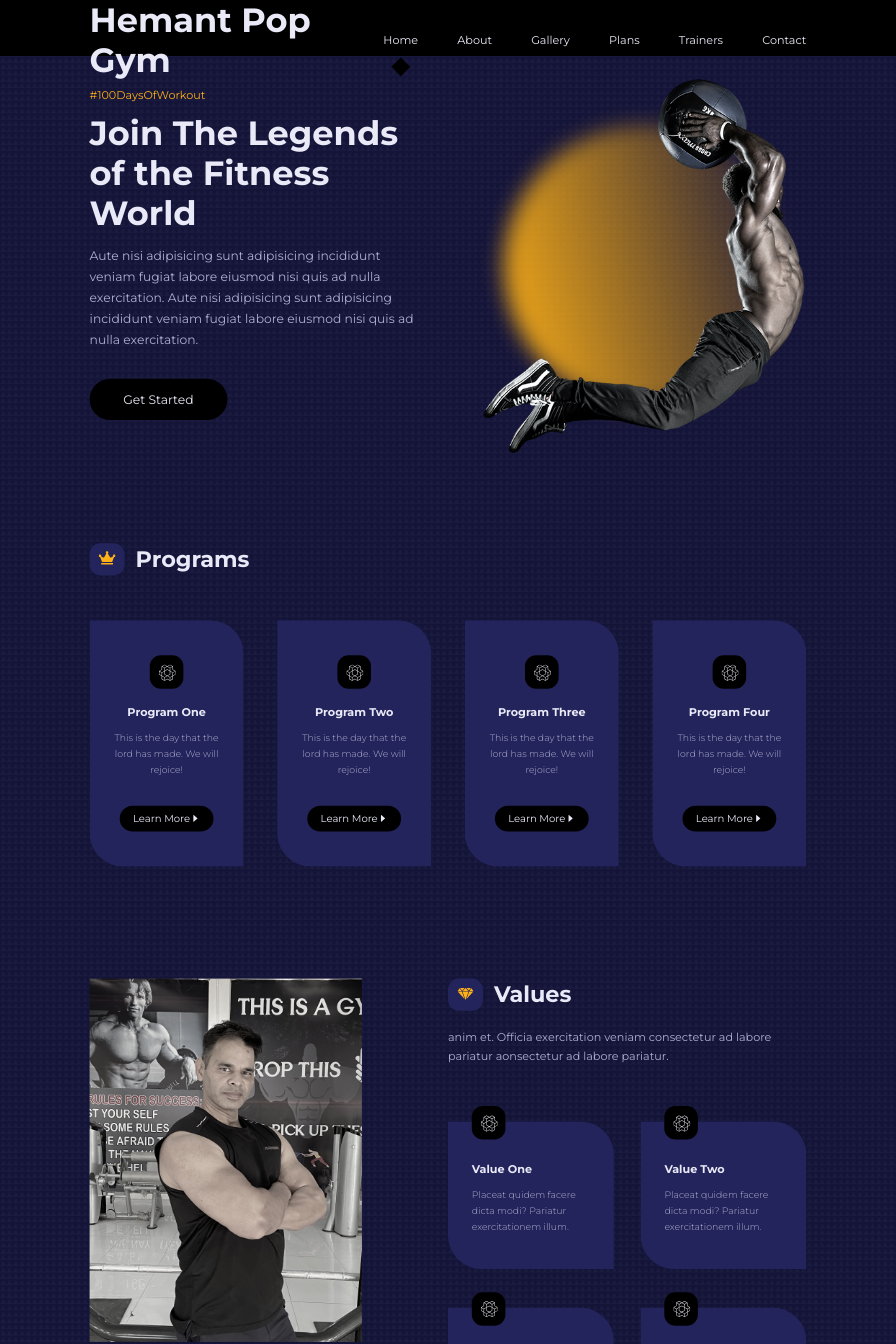
Repository: aryaMode/gym-portfolio
Page: /
These files come from the project's save history. The page is drawn as it stood at one moment and after the next save; the edit follows.
The browser window is 1280 px wide. The pictures show the part of the page from y = 0 to 1920 px (the page is 4018 px tall before and 4076 px after), at 70% of full size.
The project was rebuilt for these pictures with package versions that can differ from the ones it lists, and the page was loaded fresh each time. Also part of the build but not shown: src/pages/about/about.css, src/components/Header.jsx, src/pages/about/About.jsx, src/pages/contact/contact.css, src/pages/contact/Contact.jsx, src/pages/gallery/gallery.css, src/pages/gallery/Gallery.jsx, src/pages/notFound/notFound.css and 6 more.

Above is the page before, as saved 2023-07-20 16:12:29.

### public/index.html
<!DOCTYPE html>
<html lang="en">

<head>
    <meta charset="UTF-8">
    <meta http-equiv="X-UA-Compatible" content="IE=edge">
    <meta name="viewport" content="width=device-width, initial-scale=1.0">
    <title>Portfolio Website</title>
    <!-- GOOGLE FONTS (montserrat) -->
    <link href="https://fonts.googleapis.com/css2?family=Montserrat:wght@300;400;500;600;700&display=swap"
        rel="stylesheet">
</head>

<body>
    <div id="root"></div>
</body>

</html>

### src/App.jsx
// rafce -> shortcut to create component and export
import { BrowserRouter, Routes, Route } from "react-router-dom";
import React from "react";
import Home from "./pages/home/Home";
import About from "./pages/about/About";
import Contact from "./pages/contact/Contact";
import Gallery from "./pages/gallery/Gallery";
import NotFound from "./pages/notFound/NotFound";
import Plans from "./pages/plans/Plans";
import Trainers from "./pages/trainers/Trainers";
import Navbar from "./components/Navbar";
import Footer from "./components/Footer";

const App = () => {
	return (
		<BrowserRouter>
			<Navbar />
			<Routes>
				<Route index element={<Home />} />
				<Route path="about" element={<About />} />
				<Route path="contact" element={<Contact />} />
				<Route path="gallery" element={<Gallery />} />
				<Route path="plans" element={<Plans />} />
				<Route path="trainers" element={<Trainers />} />
				<Route path="*" element={<NotFound />} />
			</Routes>
			<Footer />
		</BrowserRouter>
	);
};

export default App;

### src/pages/home/Home.jsx
import React from "react";
import "./home.css";
import MainHeader from "../../components/MainHeader";
import Program from "../../components/Program";
import Values from "../../components/Values";
import FAQs from "../../components/FAQs";
import Testimonial from "../../components/Testimonial";
// import Footer from "../../components/Footer";

const Home = () => {
	return (
		<>
			<MainHeader />
			<Program />
			<Values />
			<FAQs />
			<Testimonial />
			{/* <Footer /> comment this out so footer wount be double */}
		</>
	);
};

export default Home;

### src/components/Navbar.jsx
import { useState } from "react";
import { Link, NavLink } from "react-router-dom";
// NavLink comes with an isactive prop which we can use to detect which page we on
// so we can have a special style for that link
import React from "react";
import Logo from "../images/logo.png";
import { links } from "../data";
import { GoThreeBars } from "react-icons/go";
import { MdOutlineClose } from "react-icons/md";
import "./navbar.css";

const Navbar = () => {
	const [isNavShowing, setIsNavShowing] = useState(false);

	const handleNavToggle = () => {
		return setIsNavShowing((prevVAlue) => {
			return !prevVAlue;
		});
	};

	return (
		<nav>
			<div className="container nav__container">
				<Link to="/" className="logo" onClick={handleNavToggle}>
					{/* <img src={Logo} alt="Nav-logo" /> */}
					<h1>Hemant Pop Gym</h1>
				</Link>
				<ul
					className={`nav__links ${isNavShowing ? "show__nav" : "hide__nav"}`}
				>
					{/* Destructure the links array of object from the links to get each item */}
					{links.map(({ name, path }, index) => {
						return (
							<li key={index}>
								<NavLink
									to={path}
									className={({ isActive }) => (isActive ? "active-nav" : "")}
									onClick={handleNavToggle}
								>
									{name}
								</NavLink>
							</li>
						);
					})}
				</ul>
				<button onClick={handleNavToggle} className="nav__toggle-btn">
					{isNavShowing ? <MdOutlineClose /> : <GoThreeBars />}
				</button>
			</div>
		</nav>
	);
};

export default Navbar;

// export PATH=$PATH:/home/daveworld/bin

### src/components/Footer.jsx
import React from "react";
import { Link } from "react-router-dom";
import Logo from "../images/logo.png";
import { FaLinkedin } from "react-icons/fa";
import { FaFacebookF } from "react-icons/fa";
import { AiOutlineTwitter } from "react-icons/ai";
import { AiFillInstagram } from "react-icons/ai";

const Footer = () => {
	return (
		<footer>
			<div className="container footer__container">
				<article>
					<Link to="/" className="logo">
						{/* <img src={Logo} alt="Footer Logo" /> */}
						<h1>Hemant Pop Gym</h1>
					</Link>
					<p>
						Consectetur non nostrud enim nostrud est culpa ullamco incididunt
						nisi. Consectetur non nostrud enim nostrud est culpa ullamco
						incididunt nisi.
					</p>
					<div className="footer__socials">
						<a
							href="https://www.linkedin.com/in/eniola-ademola-7386161a7/"
							target="_blank"
							rel="noreferrer noopener"
						>
							<FaLinkedin />
						</a>
						<a
							href="https://facebook.com/"
							target="_blank"
							rel="noreferrer noopener"
						>
							<FaFacebookF />
						</a>
						<a
							href="https://twitter.com/_daveworld"
							target="_blank"
							rel="noreferrer noopener"
						>
							<AiOutlineTwitter />
						</a>
						<a
							href="https://instagram.com/_daveworld"
							target="_blank"
							rel="noreferrer noopener"
						>
							<AiFillInstagram />
						</a>
					</div>
				</article>
				<article>
					<h4>Permalinks</h4>
					<Link to="/about">About</Link>
					<Link to="/plans">Plans</Link>
					<Link to="/trainers">Trainers</Link>
					<Link to="/gallery">Gallery</Link>
					<Link to="/contact">Contact</Link>
				</article>
				<article>
					<h4>Insights</h4>
					<Link to="/s">Blog</Link>
					<Link to="/s">Case Studies</Link>
					<Link to="/s">Events</Link>
					<Link to="/s">Communities</Link>
					<Link to="/constact">FAQs</Link>
				</article>
				<article>
					<h4>Get In Touch</h4>
					<Link to="/contact">Plans</Link>
					<Link to="/s">Trainers</Link>
				</article>
			</div>
			<div className="footer__copyright">
				<small> &copy; Eniola Ademola </small>
			</div>
		</footer>
	);
};

export default Footer;

### src/components/MainHeader.jsx
import React from "react";
import { Link } from "react-router-dom";
import Image from "../images/main_header.png";

const MainHeader = () => {
	return (
		<header className="main__header">
			<div className="container main__header-container">
				<div className="main__header-left">
					<h4>#100DaysOfWorkout</h4>
					<h1>Join The Legends of the Fitness World</h1>
					<p>
						Aute nisi adipisicing sunt adipisicing incididunt veniam fugiat
						labore eiusmod nisi quis ad nulla exercitation. Aute nisi
						adipisicing sunt adipisicing incididunt veniam fugiat labore eiusmod
						nisi quis ad nulla exercitation.
					</p>
					<Link to="/plans" className="btn lg">
						Get Started
					</Link>
				</div>
				<div className="main__header-right">
					<div className="main__header-circle"></div>
					<div className="main__header-image">
						<img src={Image} alt="MainHeaderImage" />
					</div>
				</div>
			</div>
		</header>
	);
};

export default MainHeader;

### src/components/Program.jsx
import React from "react";
import { FaCrown } from "react-icons/fa";
import SectionHead from "./SectionHead";
import { programs } from "../data";
import Card from "../UI/Card";
import { Link } from "react-router-dom";
import { AiFillCaretRight } from "react-icons/ai";

const Program = () => {
	return (
		<section className="programs">
			<div className="container programs container">
				<SectionHead icon={<FaCrown />} title="Programs" />

				<div className="program__wrapper">
					{programs.map(({ id, icon, title, info, path }) => {
						return (
							<Card className="programs__program" key={id}>
								<span>{icon}</span>
								<h4>{title}</h4>
								<small>{info}</small>
								<Link to={path} className="btn sm">
									Learn More <AiFillCaretRight />
								</Link>
							</Card>
						);
					})}
				</div>
			</div>
		</section>
	);
};

export default Program;

### src/components/Values.jsx
import React from "react";
import Image from "../images/values.jpg";
import SectionHead from "./SectionHead";
import { GiCutDiamond } from "react-icons/gi";
import { values } from "../data";
import Card from "../UI/Card";

const Values = () => {
	return (
		<section className="values">
			<div className="container values__container">
				<div className="values__left">
					<div className="values__image">
						<img src={Image} alt="values Image" />
					</div>
				</div>
				<div className="values__right">
					<SectionHead icon={<GiCutDiamond />} title="Values" />
					<p>
						anim et. Officia exercitation veniam consectetur ad labore pariatur
						aonsectetur ad labore pariatur.
					</p>
					<div className="values__wrapper">
						{values.map(({ id, icon, title, desc }) => {
							return (
								<Card className="values__value" key={id}>
									<span>{icon}</span>
									<h4>{title}</h4>
									<small>{desc}</small>
								</Card>
							);
						})}
					</div>
				</div>
			</div>
		</section>
	);
};

export default Values;

### src/components/FAQs.jsx
import React from "react";
import { FaQuestion } from "react-icons/fa";
import { faqs } from "../data";
import FAQ from "./FAQ";
import SectionHead from "./SectionHead";
const FAQs = () => {
	return (
		<section className="faqs">
			<div className="container faqs__container">
				<SectionHead icon={<FaQuestion />} title="FAQs" />
				<div className="faqs__wrapper">
					{faqs.map(({ id, question, answer }) => {
						return <FAQ key={id} question={question} answer={answer} />;
					})}
				</div>
			</div>
		</section>
	);
};

export default FAQs;

### src/components/Testimonial.jsx
import React, { useState } from "react";
import SectionHead from "./SectionHead";
import { ImQuotesLeft } from "react-icons/im";
import Card from "../UI/Card";
import {
	IoIosArrowDropleftCircle,
	IoIosArrowDroprightCircle,
} from "react-icons/io";
import { testimonials } from "../data";

const Testimonial = () => {
	const [index, setIndex] = useState(0);
	const { name, quote, job, avatar } = testimonials[index];

	const handlePreviousTestimonial = () => {
		setIndex((prevValue) => {
			return prevValue - 1;
		});
		if (index <= 0) {
			setIndex(testimonials.length - 1);
		}
	};
	const handleAfterTestimonial = () => {
		setIndex((prevValue) => {
			return prevValue + 1;
		});
		if (index >= testimonials.length - 1) {
			setIndex(0);
		}
	};

	return (
		<section className="testimonials">
			<div className="container testimonial__container">
				<SectionHead
					icon={<ImQuotesLeft />}
					title="Testimonials"
					className="testimonials__head"
				/>
				<Card className="testimonial">
					<div className="testimonial__avatar">
						<img src={avatar} alt={name} />
					</div>
					<p className="testimonial__quote">{`"${quote}"`}</p>
					<h5>{name}</h5>
					<small className="testimonial__title">{job}</small>
				</Card>
				<div className="testimonial__btn-container">
					<button
						className="testimonials__btn"
						onClick={handlePreviousTestimonial}
					>
						<IoIosArrowDropleftCircle />
					</button>
					<button
						className="testimonials__btn"
						onClick={handleAfterTestimonial}
					>
						<IoIosArrowDroprightCircle />
					</button>
				</div>
			</div>
		</section>
	);
};

export default Testimonial;

### src/UI/Card.jsx
import React from "react";

const Card = ({ className, children }) => {
	return <article className={`card ${className}`}>{children}</article>;
};

export default Card;

### src/components/navbar.css
nav{
    height: 5rem;
    width: 100vw; /*100% of the window/browser*/
    background: var(--color-primary);
    display: grid;
    place-items: center;
    position: fixed; /*commnt this to see hiden layers*/
    top: 0;
    left: 0;
    z-index: 99; /* makes sure it sit on all items*/
}

/* Only show on medium and small screens */
.nav__toggle-btn {
    display: none;
}

.nav__container {
    height: 100%;

    display: flex;
    justify-content: space-between;
    align-items: center;
    position: relative;
}

.logo{
    /* width: 50vw; */
    margin-right: 20px;
    display: flex;
}

.nav__links{
    display: flex;
    gap: 3.5rem;
    align-items: center;
}

.nav__links a {
    transition: var(--transition);
}

.nav__links a:hover {
    color: var(--color-secondary);
}

.active-nav {
    position: relative;
}

.active-nav::after{
    content: "";
    display: block;
    width: 1.2rem;
    height: 1.2rem;
    background-color: var(--color-primary);
    position: absolute;
    left: calc(50% - 0.6rem);
    transform: rotate(45deg);
    margin-top: 0.9rem;
}

 /******************** MEDIA QUERIES (mesium and small screens) ********************/
 @media screen and (max-width: 1024px) {
    .nav__toggle-btn {
        display: inline-block;
        background: transparent;
        font-size: 1.8rem;
        cursor: pointer;
    }

    .nav__toggle-btn svg{
        color: var(--color-gray-100);
    }

    .nav__links {
        position: absolute;
        top: 100%;
        right: 0;
        flex-direction: column;
        gap: 0;
        perspective: 400px;
    }

    .active-nav {
        display: none;
    }

    .active-nav, .active-nav::after{
        display: none;
    }

    .nav__links li {
        height: 4rem;
        width: 100%;
        box-shadow: -2rem 2rem 5rem rgba(0, 0, 0, 0.5);
        animation: navAnimation 600ms ease forwards;
        transform: rotateX(90deg);
        opacity: 0;
        transform-origin: top;
    }

    .nav__links li:nth-child(2) {
        animation-delay: 200ms;
    }
    .nav__links li:nth-child(3) {
        animation-delay: 400ms;
    }
    .nav__links li:nth-child(4) {
        animation-delay: 600ms;
    }
    .nav__links li:nth-child(5) {
        animation-delay: 800ms;
    }
    .nav__links li:nth-child(6) {
        animation-delay: 1s;
    }
    .nav__links li:nth-child(7) {
        animation-delay: 1.2s;
    }

    @keyframes navAnimation {
        to {
            transform: rotateX(0);
            opacity: 1;
        }
    }

    .nav__links li a {
        background-color: var(--color-primary);
        height: 100%;
        width: 100%;
        display: flex;
        align-items: center;
        padding: 1rem 5rem 1rem 3rem;
    }

    .show__nav {
        display: flex;
    }

    .hide__nav {
        display: none;
    }

 }

### src/components/SectionHead.jsx
import React from "react";

// A reuseable component for each section name
const SectionHead = ({ icon, title, className }) => {
	return (
		<div className={`section__head ${className}`}>
			<span>{icon}</span>
			<h2>{title}</h2>
		</div>
	);
};

export default SectionHead;

### src/components/FAQ.jsx
import React, { useState } from "react";
import { AiOutlinePlus } from "react-icons/ai";
import { AiOutlineMinus } from "react-icons/ai";

const FAQ = ({ question, answer }) => {
	const [isAnswerShowing, setIsAnswerShowing] = useState(false);

	const handleFAQ = () => {
		return setIsAnswerShowing((prevValue) => {
			return !prevValue;
		});
	};

	return (
		<article className="faq" onClick={handleFAQ}>
			<div>
				<h4>{question}</h4>
				<button className="faq__icon">
					{isAnswerShowing ? <AiOutlineMinus /> : <AiOutlinePlus />}
				</button>
			</div>
			{isAnswerShowing && <p>{answer}</p>}
		</article>
	);
};

export default FAQ;

Loaded but not shown: src/index.js (common file); src/data.js (320 lines, source omitted); src/pages/home/home.css (412 lines, source omitted); src/index.css (248 lines, source omitted)

After the next save:
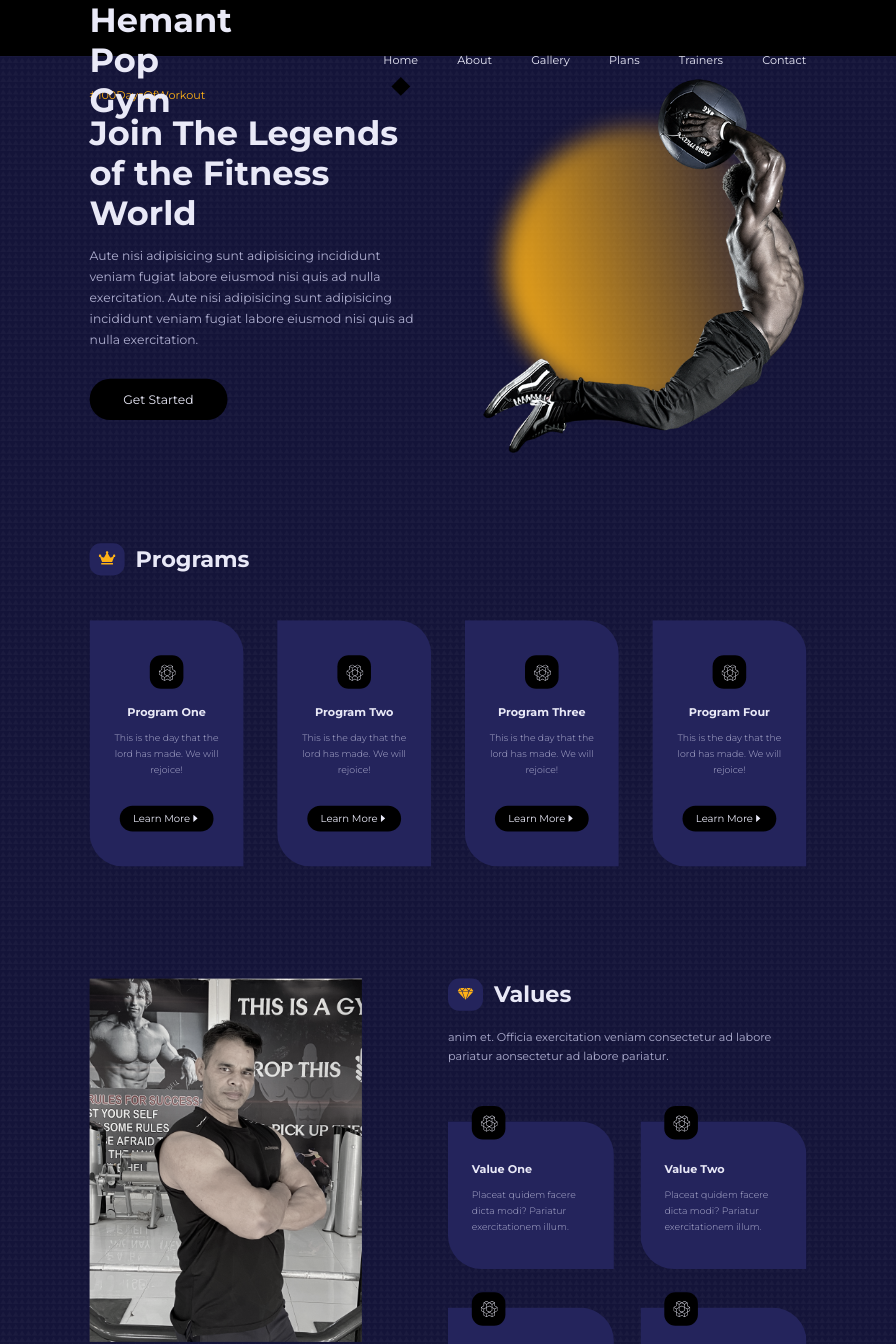
Saved 6 s later.
--- a/src/components/navbar.css
+++ b/src/components/navbar.css
@@ -26,7 +26,7 @@
 
 .logo{
     /* width: 50vw; */
-    margin-right: 20px;
+    margin-right: 200px;
     display: flex;
 }
 

After the save that followed:
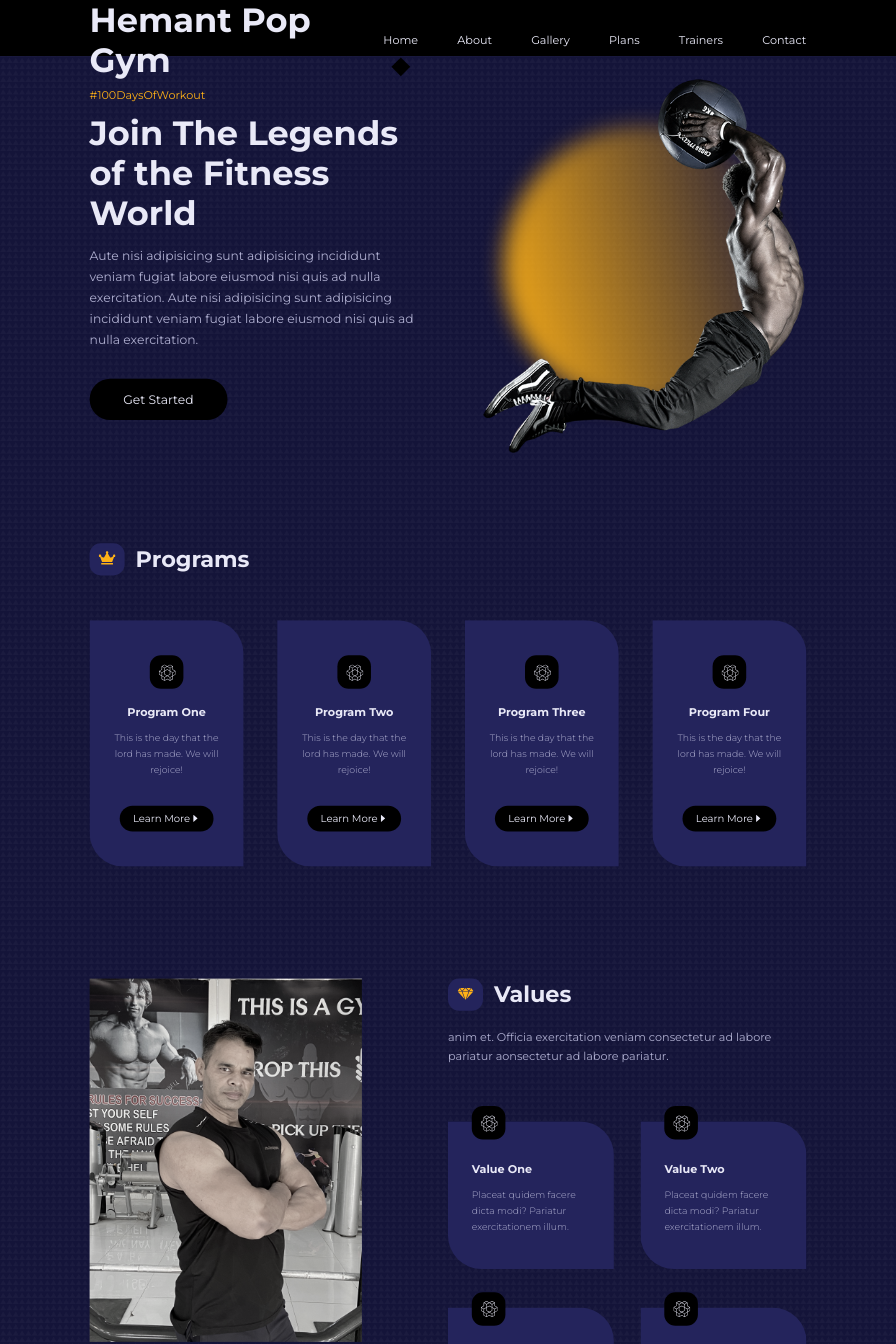
Saved 4 s later.
--- a/src/components/navbar.css
+++ b/src/components/navbar.css
@@ -26,7 +26,7 @@
 
 .logo{
     /* width: 50vw; */
-    margin-right: 200px;
+    margin-right: 20px;
     display: flex;
 }
 
